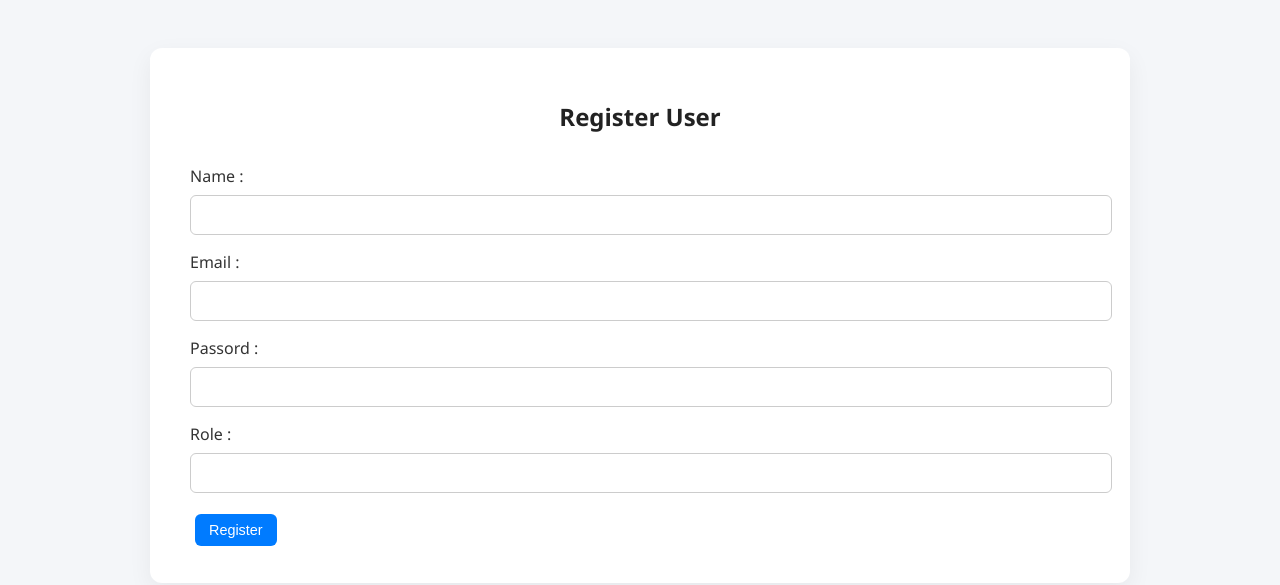
Repository: bharathabhi46/SkillSync-FrontEnd
Page: /RegisterUser
An editor plug-in stored every save of this project. The page is shown before and after the next save, followed by the edit.
The browser window is 1280 px wide. The pictures show the whole page.
The project was rebuilt for these pictures with package versions that can differ from the ones it lists, and the page was loaded fresh each time. Also part of the build but not shown: vite.config.js, src/Components/CreateUser/CreateUser.jsx, src/Components/UserList/UserList.jsx, src/Components/EditUser/EditUser.jsx.

Above is the page before, as saved 2025-06-25 17:23:46.

After the next save:
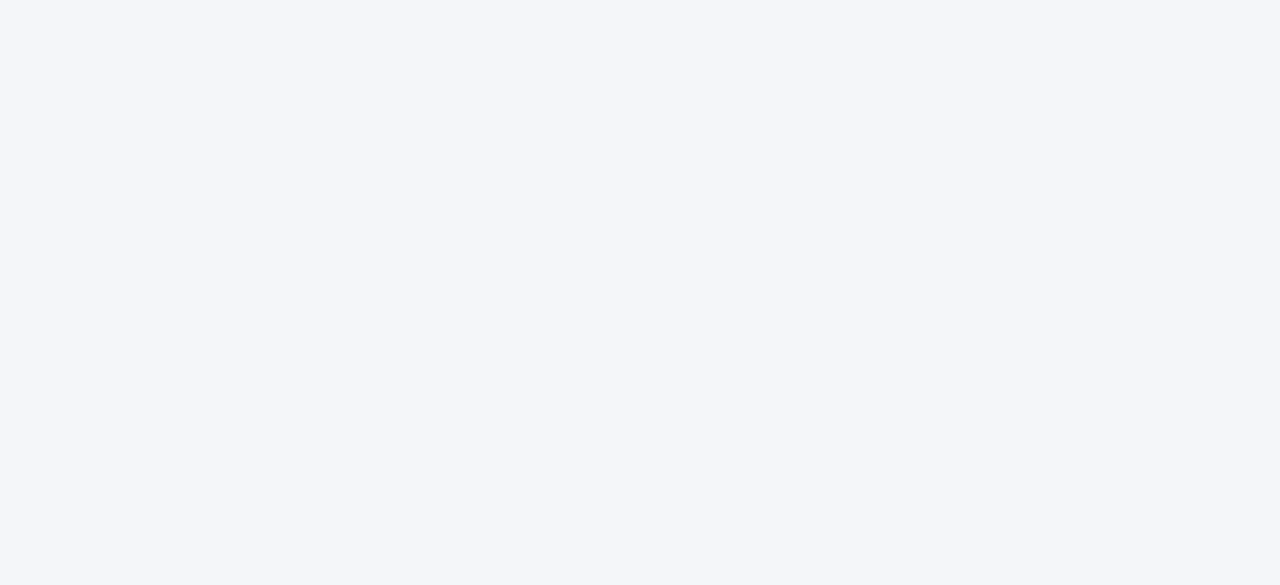
Console error: ReferenceError: RegisterForm is not defined
Saved 7 s later.
--- a/src/Components/RegisterUser/RegisterUser.jsx
+++ b/src/Components/RegisterUser/RegisterUser.jsx
@@ -46,7 +46,7 @@
         <input
           type="email"
           name="email"
-          value={RegisterUser.email}
+          value={RegisterForm.email}
           onChange={handleOnChange}
         />
         <label>Passord : </label>

After the save that followed:
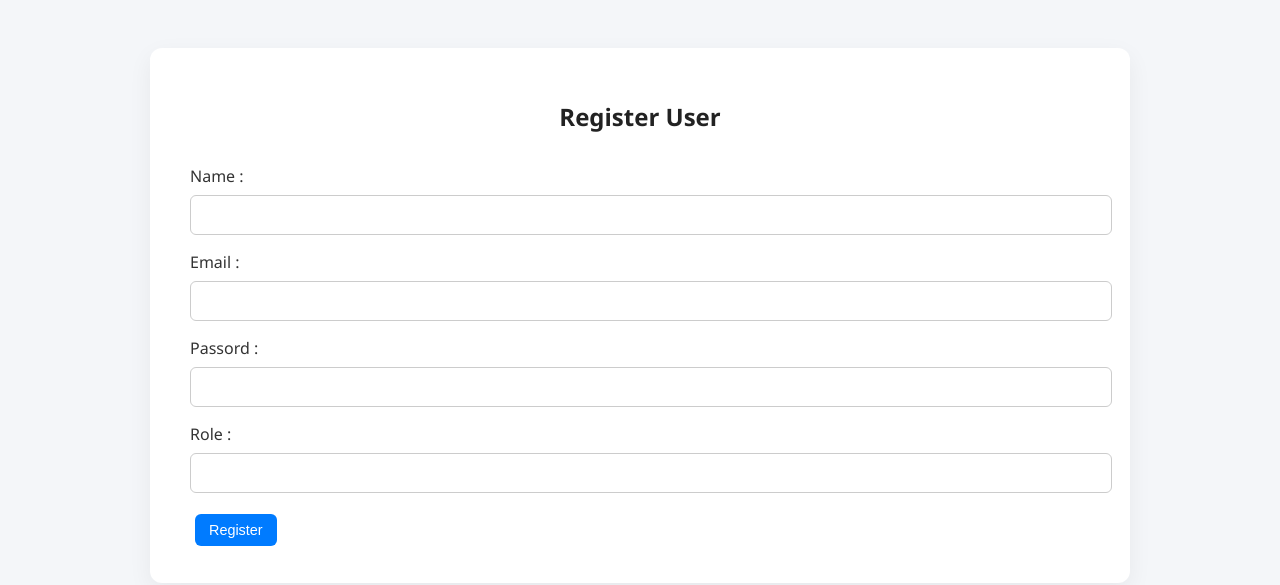
The error is gone.
Saved 10 s later.
--- a/src/Components/RegisterUser/RegisterUser.jsx
+++ b/src/Components/RegisterUser/RegisterUser.jsx
@@ -46,7 +46,7 @@
         <input
           type="email"
           name="email"
-          value={RegisterForm.email}
+          value={registerForm.email}
           onChange={handleOnChange}
         />
         <label>Passord : </label>
